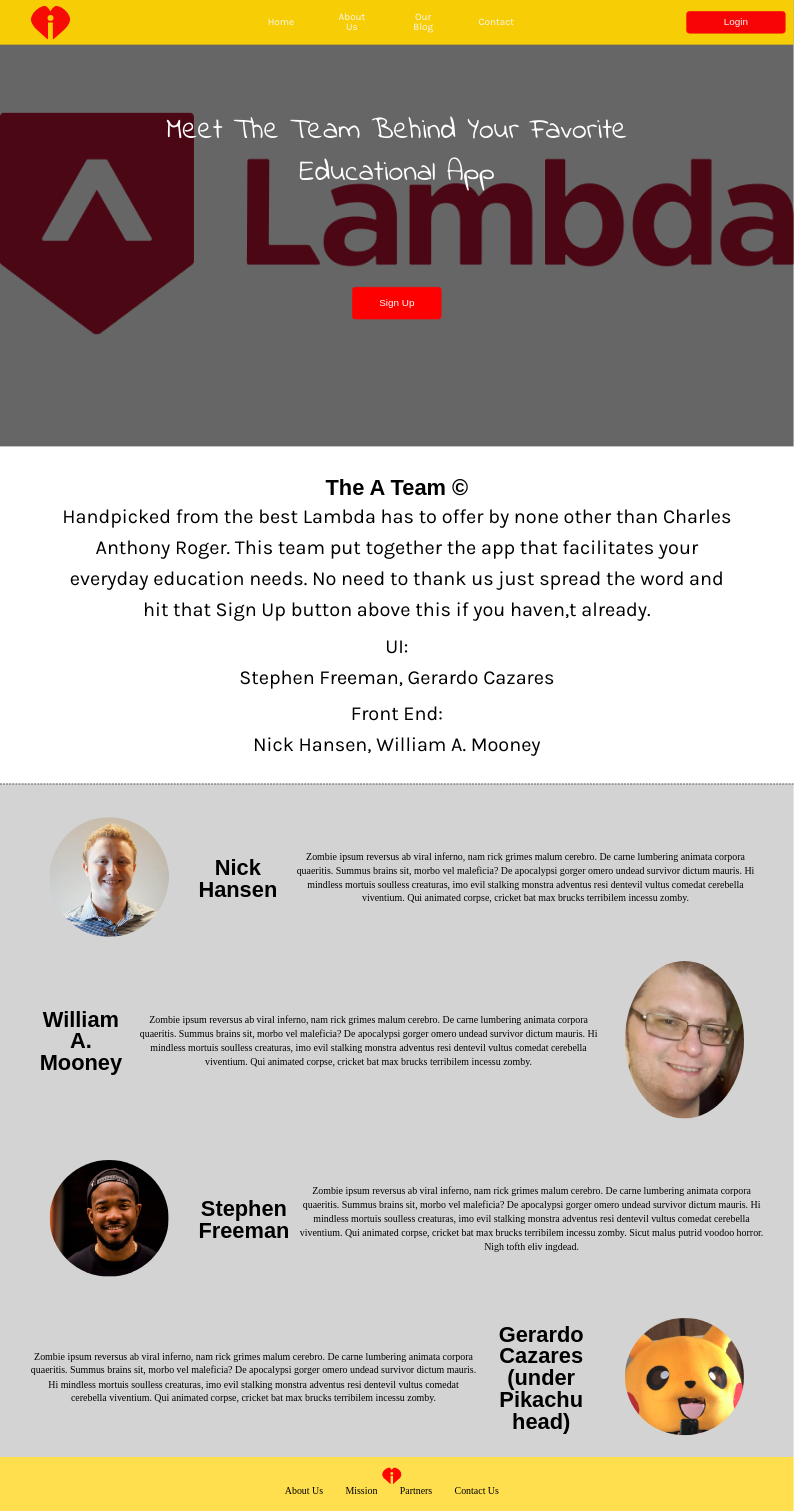
Repository: internationalrural-school-report/maketing-page
Page: about-us.html
An editor plug-in stored every save of this project. The page is shown before and after the next save, followed by the edit.
The browser window is 1280 px wide. The pictures show the whole page, at 62% of full size.
Backgrounds fixed to the window are drawn as part of the page.

Above is the page before, as saved 2019-08-29 20:00:50.

### about-us.html
<!DOCTYPE html>

<html lang="en">

<head>
  <meta charset="UTF-8" />
  <meta name="viewport" content="width=device-width, initial-scale=1" />

  <title>International Rural School Report</title>

  <link href="https://fonts.googleapis.com/css?family=Indie+Flower|Karla:400,700i&display=swap" rel="stylesheet">

  <link rel="stylesheet" href="about-us-marketing.css" />

</head>

<body>
  <div class="container">

    <!-- HEADER SECTION -->

    <header>
      <nav>
        <input type="checkbox" id="nav" class="hidden" />
        <label for="nav" class="nav-btn">
          <i></i>
          <i></i>
          <i></i>
        </label>
        <div class="header-button">
          <button>Login</button>
        </div>
        <div class="nav-wrapper">
          <ul>
            <li><a href="marketing.html">Home</a></li>
            <li><a href="about-us.html">About Us</a></li>
            <li><a href="#">Our Blog</a></li>
            <li><a href="#">Contact</a></li>
          </ul>
          <div class="header-button-mobile">
            <button>Login</button>
          </div>
        </div>
        <div class="main-logo">
          <img class="header-logo" src="Images/heart-icon.svg" alt="Our Companys logo." />
        </div>
      </nav>
    </header>

    <!-- CTA SECTION -->

    <section class="cta-container">
      <div class="color-overlay"></div>
      <div class="cta">
        <div class="cta-txt-container">
          <div class="cta-txt1">
            <p>
              Meet The Team Behind Your Favorite Educational App
            </p>
          </div>
          <div class="cta-txt2">

          </div>
          <button>Sign Up</button>
        </div>
      </div>
    </section>

    <!-- OUR TEAM -->

    <section class="team-container">
      <div class="team-text">
        <h2>The A Team ©</h1>
        <p>Handpicked from the best Lambda has to offer by none other than Charles Anthony Roger.
          This team put together the app that facilitates your everyday education needs. No need to thank us
          just spread the word and hit that Sign Up button above this if you haven,t already.
        </p>

        <p>
          UI: </br>Stephen Freeman, Gerardo Cazares
        </p>
        <p>
          Front End: </br> Nick Hansen, William A. Mooney
        </p>
      </div>
    </section>

    <!--OUR INFO-->
    <section class="team-members">
      <div class="first-member member">
          <div>
            <a href="https://github.com/Hansen-Nick"><img src="Images/Nick-Hansen.png" alt="Image of Nick Hansen"></a>
          </div>
        <h2>Nick Hansen</h2>
        <p>Zombie ipsum reversus ab viral inferno, nam rick grimes malum cerebro. De carne lumbering animata corpora quaeritis. Summus
            brains sit​​, morbo vel maleficia? De apocalypsi gorger omero undead survivor dictum mauris. Hi mindless mortuis soulless creaturas,
            imo evil stalking monstra adventus resi dentevil vultus comedat cerebella viventium. Qui animated corpse, cricket bat max brucks
            terribilem incessu zomby.
        </p>
      </div>
      <div class="second-member member">
        <h2>William A. Mooney</h2>
        <p>Zombie ipsum reversus ab viral inferno, nam rick grimes malum cerebro. De carne lumbering animata corpora quaeritis. Summus
          brains sit​​, morbo vel maleficia? De apocalypsi gorger omero undead survivor dictum mauris. Hi mindless mortuis soulless creaturas,
          imo evil stalking monstra adventus resi dentevil vultus comedat cerebella viventium. Qui animated corpse, cricket bat max brucks
          terribilem incessu zomby.
        </p>
        <div>
            <a href="https://github.com/ChristCenteredDev"><img  src="Images/Willam-Mooney.png" alt="Image of William A. Mooney"></a>
          </div>
      </div>
      <div class="third-member member">
        <div>
          <a href="https://github.com/Stephenfre"><img  src="Images/portrait.jpg" alt="Image of Stephen Freeman"></a>
        </div>
        <h2>Stephen Freeman</h2>
        <p>Zombie ipsum reversus ab viral inferno, nam rick grimes malum cerebro. De carne lumbering animata corpora quaeritis. Summus brains
           sit​​, morbo vel maleficia? De apocalypsi gorger omero undead survivor dictum mauris. Hi mindless mortuis soulless creaturas, imo evil
            stalking monstra adventus resi dentevil vultus comedat cerebella viventium. Qui animated corpse, cricket bat max brucks terribilem
            incessu zomby.  Sicut malus putrid voodoo horror. Nigh tofth eliv ingdead.
          </p>
      </div>
      <div class="fourth-member member">
          <p>Zombie ipsum reversus ab viral inferno, nam rick grimes malum cerebro. De carne lumbering animata corpora quaeritis. Summus brains
              sit​​, morbo vel maleficia? De apocalypsi gorger omero undead survivor dictum mauris. Hi mindless mortuis soulless creaturas, imo evil
               stalking monstra adventus resi dentevil vultus comedat cerebella viventium. Qui animated corpse, cricket bat max brucks terribilem
               incessu zomby.
             </p>
        <h2>Gerardo Cazares (under Pikachu head)</h2>
        <div>
            <a href="https://github.com/geedtd"><img  src="Images/me.png" alt="Image of Gerardo Cazares"></a>
        </div>
      </div>
    </section>

     <!---FOOTER-->
    <section class ="footer">
        <img class="footer-logo" src="Images/heart-icon.svg" alt="Our Companys logo." />
        <a href=""></br>About Us</a>
        <a href="">Mission</a>
        <a href="">Partners</a>
        <a href="">Contact Us</a>
    </section>

    </body>


  </div>
</body>

### about-us-marketing.css
/* http://meyerweb.com/eric/tools/css/reset/ 2. v2.0 | 20110126
  License: none (public domain)
*/

html, body, div,span,applet,object,iframe,h1,h2,h3,h4,h5,h6,p,blockquote,pre,a,abbr,acronym,
address,big,cite,code,del,dfn,em,img,ins,kbd,q,s,samp,small,strike,
strong,sub,sup,tt,var,b,u,i,center,dl,dt,dd,ol,ul,li,fieldset,
form,label,legend,table,caption,tbody,tfoot,thead,
tr,th,td,article,aside,canvas,details,embed,figure,
figcaption,footer,header,hgroup,menu,nav,output,ruby,section,summary,time,mark,audio,
video {
  margin: 0;
  padding: 0;
  border: 0;
  font-size: 100%;
  /* font: inherit; */
  vertical-align: baseline;
}
/* HTML5 display-role reset for older browsers */
article,
aside,
details,
figcaption,
figure,
footer,
header,
hgroup,
menu,
nav,
section {
  display: block;
}
body {
  line-height: 1;
}
ol,
ul {
  list-style: none;
}
blockquote,
q {
  quotes: none;
}
blockquote:before,
blockquote:after,
q:before,
q:after {
  content: "";
  content: none;
}
table {
  border-collapse: collapse;
  border-spacing: 0;
}

/* CSS STARTS HERE */


.container {
  width: 100%;
  height: 100%;
  margin: auto;
}

/* HEADER/NAV CSS STARTS HERE */


header {
  width: 100%;
  height: 10%;
  display: flex;
  flex-direction: row-reverse;
  justify-content: space-between;
  position: fixed;
  background-color: #ffd400;
  z-index: 9999;
  align-items: center;
  align-content: center;
  opacity: 0.95;
}

nav {
  display: flex;
  flex-direction: row-reverse;
  justify-content: space-evenly;
  align-items: center;
  width: 100%;
  height: 100%;
}

.nav-wrapper ul {
  display: flex;
  flex-direction: row;
  width: 100%;
  justify-content: center;
  align-items: center;
  width: 50%;
  height: 100%;
}

.nav-wrapper {
  height: 100%;
  width: 100%;
  display: flex;
  flex-direction: row;
  justify-content: center;
  align-items: center;
}

.nav-wrapper a {
  color: white;
  font-size: 20px;
  text-decoration: none;
  text-align: center;
  margin: 0 22px;
  display: flex;
  padding: 10px;
  font-size: 1rem;
  font-family: "Karla", sans-serif;
}

.nav-wrapper li {
  width: 30%;
  display: flex;
  justify-content: center;
}

header nav a:hover {
  border-bottom: 2px solid green;
  color: black;
}

header .img-logo {
  display: flex;
  flex-direction: column-reverse;
  margin-left: 30px;
}

.main-logo {
  display: flex;
  justify-content: center;
}

.header-logo {
  width: 40%;
}

.header-button {
  display: flex;
  justify-content: center;
  align-items: center;
  width: 20%;
}

.header-button button {
  padding: .5rem 3rem;
  width: 10rem;
  border-radius: 5px;
  text-align: center;
  background-color: red;
  color: white;
  border: 0.5px solid red;
  font-size: 1rem;
}

.hidden {
  display: none;
}

.header-button-mobile {
  display: none;
}

/* CTA CSS STARTS HERE */


.cta-container {
  background-color: white;
  display: flex;
  flex-direction: column;
  align-items: center;
  justify-content: center;
  width: 100%;
  height: 100vh;
  position: relative;
  bottom: 0px;
  margin: 0;
  background-image: url("Images/lambda-2.png");
  background-position: 50% 50%;
  background-size: contain ;
  background-repeat: no-repeat;
  background-attachment: fixed;
}

.color-overlay {
  width: 100%;
  height: 100%;
  background: #000;
  opacity: 0.6;
  position: absolute;
}

.cta {
  width: 100%;
  height: 100vh;
  display: flex;
  flex-direction: column;
  justify-content: center;
  align-items: center;
}

.cta-txt-container {
  text-align: center;
  position: absolute;
  display: flex;
  flex-direction: column;
  color: white;
  align-items: center;
  justify-content: center;
  height: 50%;
  width: 65%;
}

.cta-txt1 {
  font-size: 3rem;
  margin-bottom: 95px;
  font-family: "Indie Flower", cursive;
}

.cta-txt2 {
  font-size: 1.5rem;
  margin-bottom: 20px;
  font-family: "Karla", sans-serif;
}

.cta-txt-container button {
  margin: 2rem;
  padding: 1rem;
  width: 9rem;
  height: 5rem;
  border-radius: 5px;
  text-align: center;
  background-color: red;
  color: white;
  border: 0.5px solid red;
  font-size: 1rem;
}

.cta-txt-container button:hover {
  background-color: green;
  border: 0.5px solid green;
}

/* TEAM STATEMENT/INTRO CSS STARTS HERE */


.team-container {
  width: 100%;
  height: 100%;
  margin-top: 3rem;
  display: flex;
  flex-direction: column;
  justify-content: center;
  align-items: center;
}

.team-text {
  width: 85%;
  height: 100%;
  display: flex;
  flex-direction: column;
  justify-content: space-between;
}

h1 {
  font-family: "Indie Flower", cursive;
  font-size: 5rem;
  text-align: center;
}

.team-text p {
  font-family: "Karla", sans-serif;
  font-size: 2rem;
  text-align: center;
  line-height: 50px;
}

h2 {
    font-size: 2.2rem;
    margin-bottom: 15px;
    font-family: 'Nunito', sans-serif ;
    padding-left: 1rem;
    padding-right: 1rem;
    text-align: center;
    margin: auto;
  }

  p {
    line-height: 1.4;
    padding-bottom: 0.3rem;
    padding-top: 0.3rem;
    text-align: center;
    margin: auto;
  }

  img {
    padding-left: 1rem;
    padding-right: 1rem;
    border-radius: 100%;
    max-width: 12rem;
    height: auto;
    align-items: center;
    justify-content: center;
  }
.team-members {

  border-top: .1rem dashed black;
  margin-top: 2rem;
  background: lightgray;
  padding-top: 3rem;
  padding-left: 3rem;
  padding-right: 3rem;
  align-items: center;

}
.member {
    align-items: center;
}
.first-member {
  display: flex;
  flex-wrap: row wrap;
  padding-bottom: 0.3rem;
  padding-top: 0.3rem;
}

.second-member {
  display: flex;
  flex-wrap: row wrap;
  padding-bottom: 2rem;
  padding-top: 2rem;

}

.third-member {
  display: flex;
  flex-wrap: row wrap;
  padding-bottom: 2rem;
  padding-top: 2rem;
}

.fourth-member {
    display: flex;
    flex-wrap: row wrap;
    padding-bottom: 2rem;
    padding-top: 2rem;
  }


/* FOOTER CSS STARTS HERE */

.footer {
  text-align: center;
  padding-bottom: 1.5rem;
  padding-top: 1rem;
  padding-left: 3rem;
  padding-right: 3rem;
  background: rgb(255, 223, 78);
}
.footer a {
    text-decoration: none;
    color: black;
}
.footer-logo{
    width: 2rem;
    height: auto;
}
a {
  padding-left: 1rem;
  padding-right: 1rem;
}
@media (max-width: 1000px) {
    .footer {
        display: none;
    }
}
@media (max-width: 680px) {
    .team-members p {
        display: none;
    }

}

@media (max-width: 500px) {
  .container {
    width: 100%;
  }
  .footer {
    display: none;
}
  /* @media HEADER/NAV CSS HERE */

  .container header {
    width: 100%;
    display: flex;
    flex-direction: column-reverse;
    justify-content: center;
    align-items: center;

  }

  .nav-wrapper {
    position: fixed;
    top: 0;
    left: 0;
    width: 100%;
    height: 100%;
    z-index: -1;
    background: red;
    opacity: 0;
    transition: all 0.2s ease;
  }
  .header-logo {
      height: 3rem;
  }

  .nav-wrapper ul {
    position: absolute;
    top: 50%;
    transform: translateY(-50%);
    width: 100%;
  }
  .nav-wrapper ul li {
    display: block;
    float: none;
    width: 100%;
    text-align: center;
    margin-bottom: 10px;
  }

  .nav-wrapper ul li:nth-child(1) a {
    transition-delay: 0.2s;
  }

  .nav-wrapper ul li:nth-child(2) a {
    transition-delay: 0.3s;
  }

  .nav-wrapper ul li:nth-child(3) a {
    transition-delay: 0.4s;
  }

  .nav-wrapper ul li:nth-child(4) a {
    transition-delay: 0.5s;
  }

  .nav-wrapper ul li:not(:first-child) {
    margin-left: 0;
  }

  .nav-wrapper ul li a {
    padding: 10px 24px;
    opacity: 0;
    color: black;
    font-size: 14px;
    font-weight: 600;
    letter-spacing: 1.2px;
    transform: translateX(-20px);
    transition: transform 0.2s ease-out, opacity 0.2s ease-out;
  }

  .nav-wrapper ul li a:hover {
    color: #e4e4e4;
  }

  .nav-btn {
    position: fixed;
    right: 10px;
    top: 10px;
    display: block;
    width: 48px;
    height: 48px;
    cursor: pointer;
    z-index: 9999;
    border-radius: 50%;
  }

  .nav-btn i {
    display: block;
    width: 20px;
    height: 2px;
    background: #333;
    border-radius: 2px;
    margin-left: 14px;
  }

  .nav-btn i:nth-child(1) {
    margin-top: 16px;
  }
  .nav-btn i:nth-child(2) {
    margin-top: 4px;
    opacity: 1;
  }

  .nav-btn i:nth-child(3) {
    margin-top: 4px;
  }

  #nav:checked + .nav-btn {
    transform: rotate(45deg);
  }

  #nav:checked + .nav-btn i {
    background: #333;
    transition: transform 0.2s ease;
  }

  #nav:checked + .nav-btn i:nth-child(1) {
    transform: translateY(6px) rotate(180deg);
  }

  #nav:checked + .nav-btn i:nth-child(2) {
    opacity: 0;
  }

  #nav:checked + .nav-btn i:nth-child(3) {
    transform: translateY(-6px) rotate(90deg);
  }

  #nav:checked ~ .nav-wrapper {
    z-index: 9990;
    opacity: 1;
  }

  #nav:checked ~ .nav-wrapper ul li a {
    opacity: 1;
    transform: translateX(0);
  }

  .hidden {
    display: none;
  }

  .container header nav {
    display: flex;
    align-items: center;
    margin: 0;
    width: 100%;
  }

  .container header nav a {
    width: 100%;
    text-align: center;
    padding: 17px 0;
    font-size: 17px;
  }

  .container header .header-logo {
    display: flex;
    justify-content: flex-end;
    align-items: center;
    margin: 15px 0px;
  }

  .header-button {
    display: none;
  }

  .header-button-mobile {
    padding-top: 4rem;
    display: flex;
    text-align: center;
    width: 20%;
  }

  .header-button-mobile button {
    padding: 10px 22px;
    width: 10rem;
    border-radius: 5px;
    text-align: center;
    background-color: red;
    color: white;
    border: 0.5px solid red;
    font-size: 1rem;
  }

  /* CTA CSS STARTS HERE */


  .cta-container {
    background-color: white;
    display: flex;
    flex-direction: column;
    align-items: center;
    justify-content: center;
    width: 100%;
    height: 100vh;
    position: relative;
    bottom: 0px;
    margin: 0;
    background-image: url("Images/lambda-shield.png");
    background-position: 50% 50%;
    background-size: contain ;
    background-repeat: no-repeat;
    background-attachment: fixed;
  }

  .cta {
    width: 100%;
    height: 100%;
    display: flex;
    flex-direction: column;
    justify-content: center;
    align-items: center;
  }

  .cta-txt-container {
    text-align: center;
    position: absolute;
    display: flex;
    flex-direction: column;
    color: white;
    align-items: center;
    justify-content: space-evenly;
    height: 50%;
    width: 95%;
  }

  .cta-txt1 {
    font-size: 2rem;
    margin-bottom: none;
    font-family: "Indie Flower", cursive;
  }

  .cta-txt2 {
    font-size: 1.5rem;
    margin-bottom: none;
    font-family: "Karla", sans-serif;
  }

  .cta-txt-container button {
    padding: 10px 22px;
    width: 45%;
    height: auto;
    border-radius: 5px;
    text-align: center;
    background-color: red;
    color: white;
    border: solid red;
    font-size: 1.5rem;
  }

  .team-container {
    width: 100%;
    height: 75%;
    display: flex;
    flex-direction: column;
    justify-content: center;
    align-items: center;
  }

  .team-text {
    width: 90%;
    height: 100%;
    display: flex;
    flex-direction: column;
    justify-content: space-evenly;
  }

  h1 {
    font-family: "Indie Flower", cursive;
    font-size: 4rem;
    text-align: center;
  }

  .team-text p {
    font-family: "Karla", sans-serif;
    font-size: 1.3rem;
    text-align: center;
    line-height: 50px;
  }

  .second-member {
      direction: rtl;
  }

  .member {
      flex-direction: column;
      justify-content: center;
      text-align: center;
  }

  .team-members p {
    display: none;
}
.team-members :nth-child(2){
    flex-flow: column-reverse;
}
.team-members :last-child {
    flex-flow: column-reverse;
}

}

After the next save:
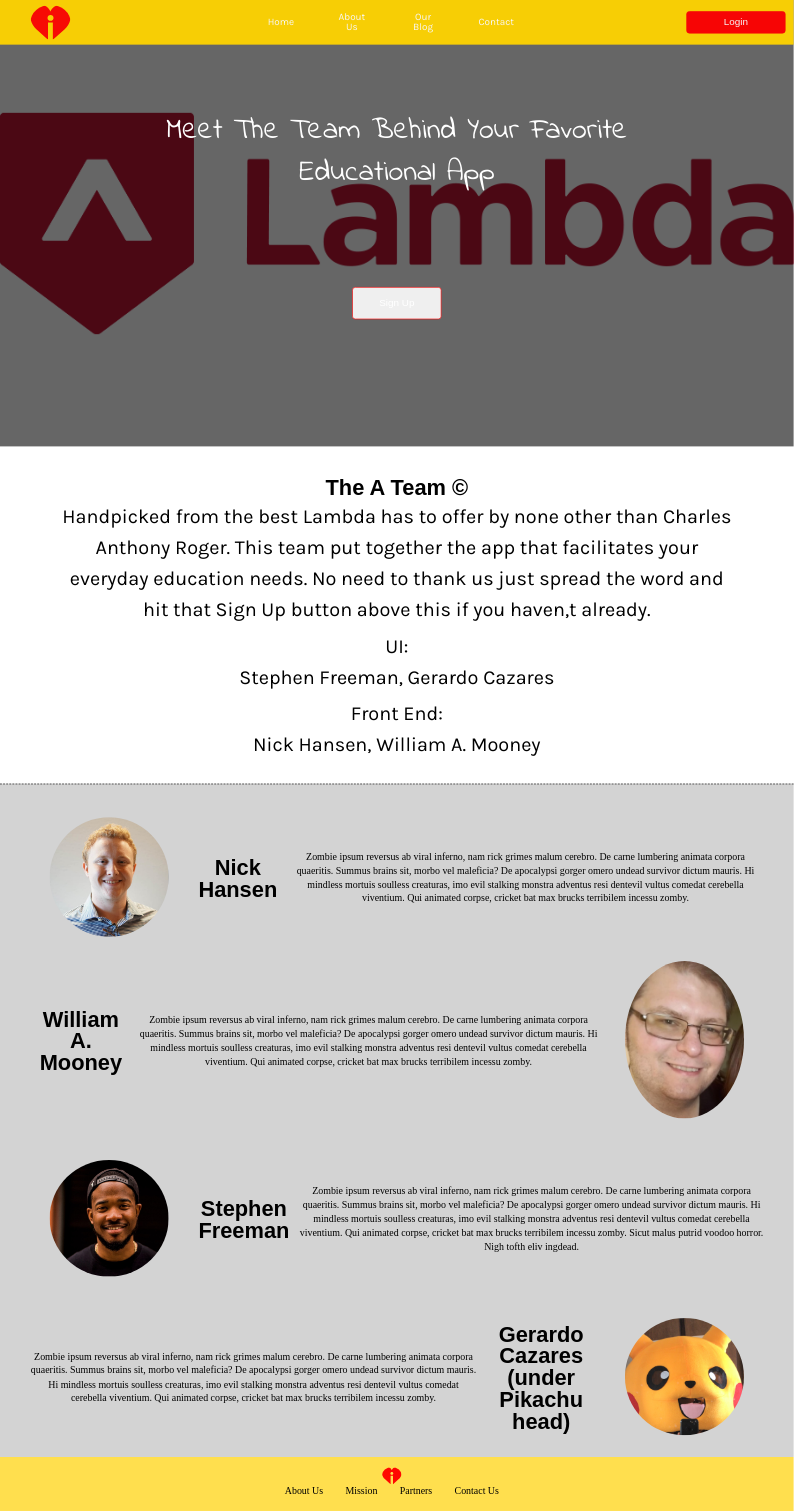
Saved 16 s later.
--- a/about-us-marketing.css
+++ b/about-us-marketing.css
@@ -240,6 +240,7 @@
   height: 5rem;
   border-radius: 5px;
   text-align: center;
+  align-content: center
   background-color: red;
   color: white;
   border: 0.5px solid red;

After the save that followed:
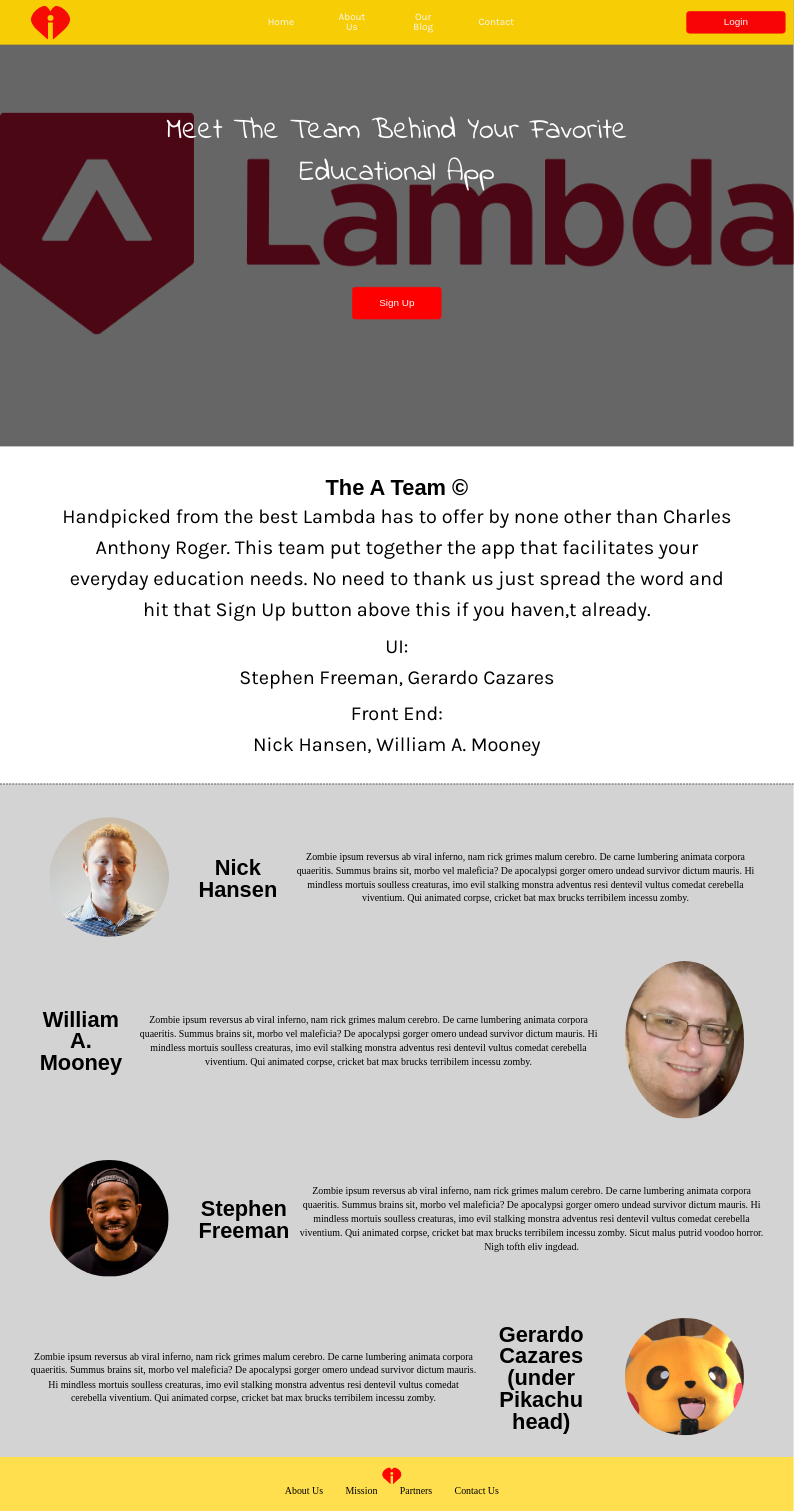
Saved 6 s later.
--- a/about-us-marketing.css
+++ b/about-us-marketing.css
@@ -240,7 +240,6 @@
   height: 5rem;
   border-radius: 5px;
   text-align: center;
-  align-content: center
   background-color: red;
   color: white;
   border: 0.5px solid red;
